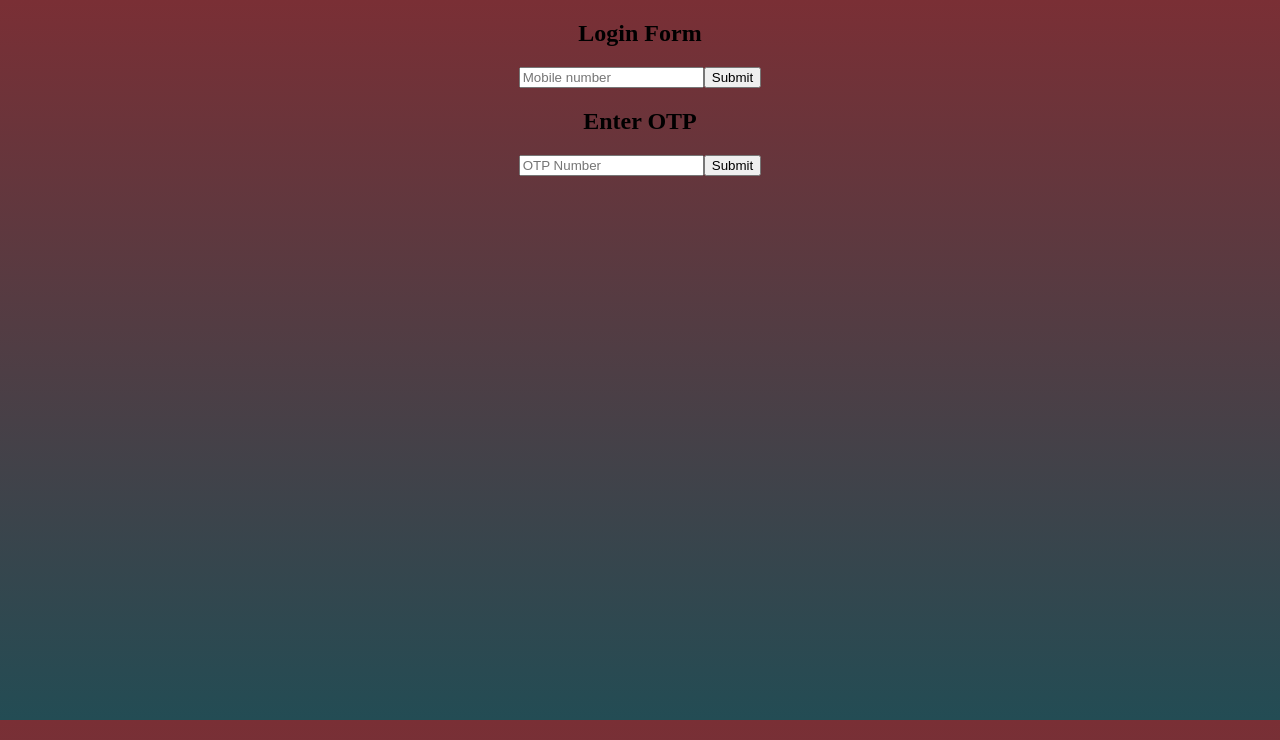
Repository: jagan607/N-Kalari
Page: /
An editor plug-in stored every save of this project. The page is shown before and after the next save, followed by the edit.
The browser window is 1280 px wide. The pictures show the whole page.
The project was rebuilt for these pictures with package versions that can differ from the ones it lists, and the page was loaded fresh each time. Also part of the build but not shown: src/App.css, src/components/wallet/index.css.

Above is the page before, as saved 2022-01-07 15:12:15.

After the next save:
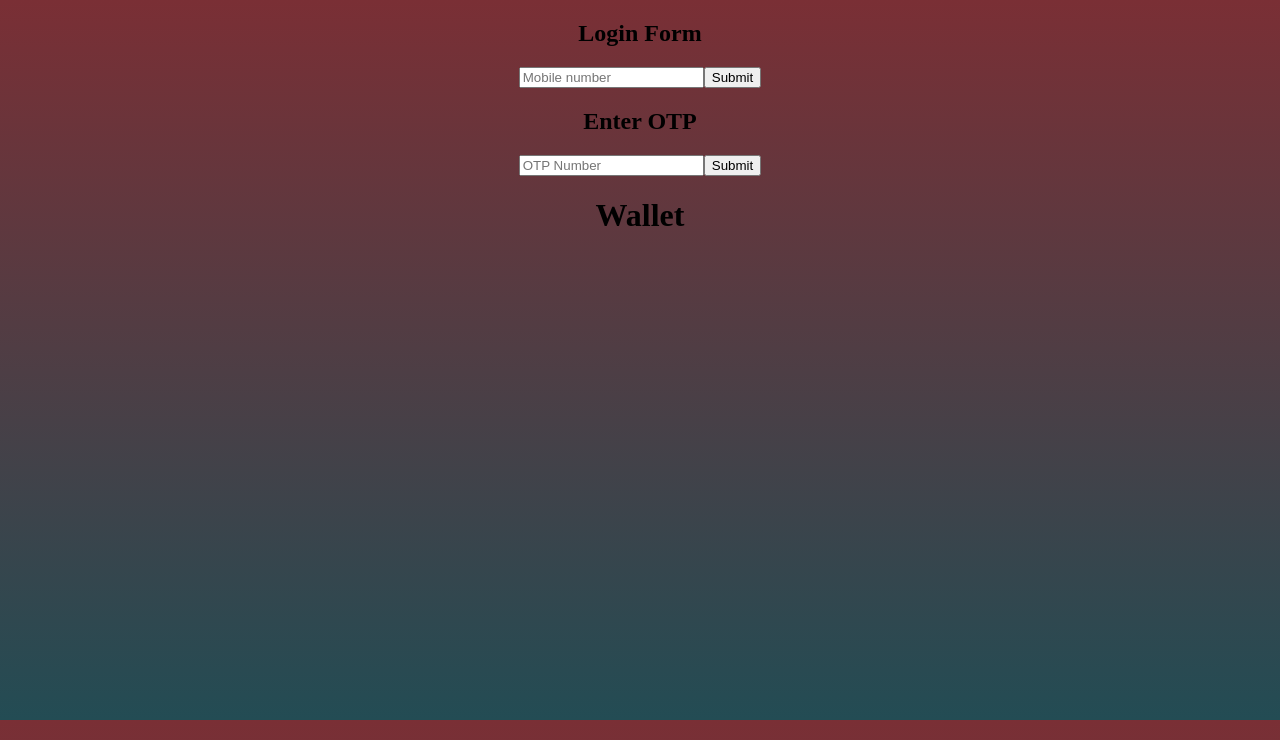
Saved 27 s later.
--- a/src/App.js
+++ b/src/App.js
@@ -17,18 +17,13 @@
       <div>
         <Login></Login>
 
+        <Wallet></Wallet>
+
           {/* <Route exact path="/">
-
           </Route> */}
-
-
           {/* <Route exact path="/wallet">
             <Wallet/>
           </Route> */}
-
-
-
-
      </div>
     );
 }

After the save that followed:
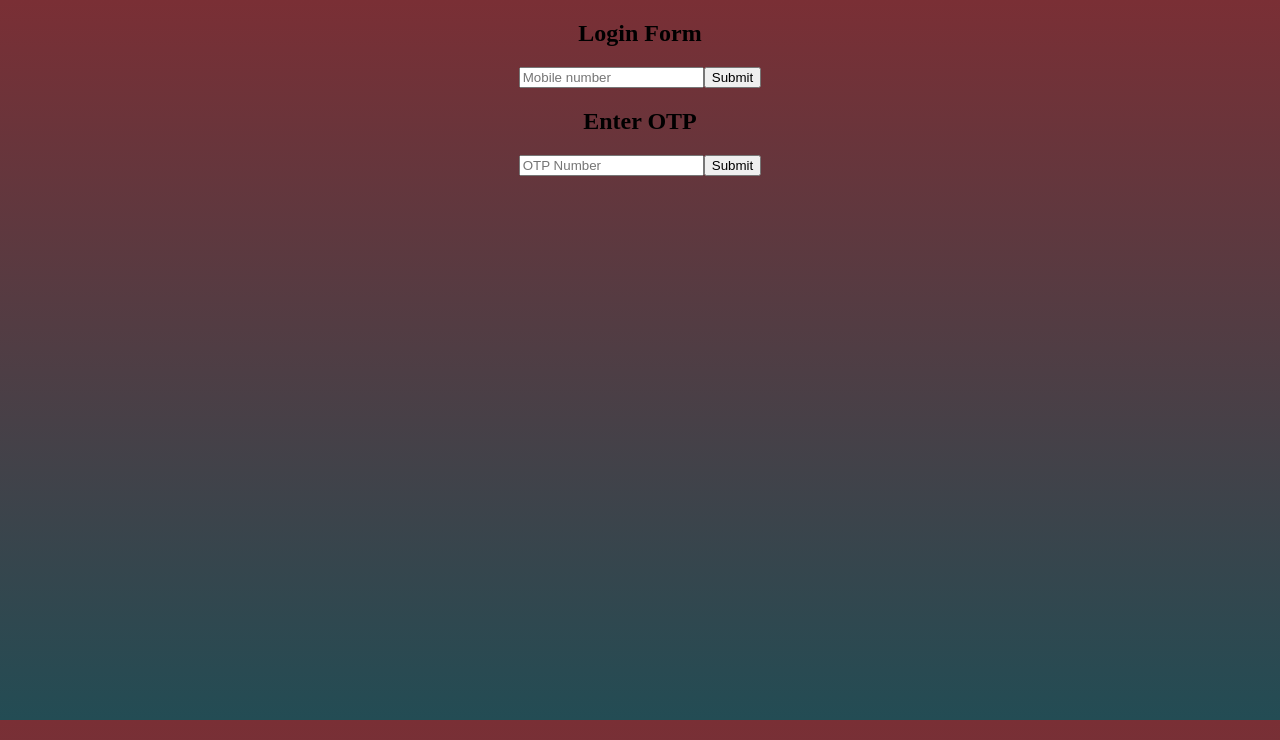
Saved 2 min 26 s later.
--- a/src/App.js
+++ b/src/App.js
@@ -17,7 +17,7 @@
       <div>
         <Login></Login>
 
-        <Wallet></Wallet>
+        {/* <Wallet></Wallet> */}
 
           {/* <Route exact path="/">
           </Route> */}
